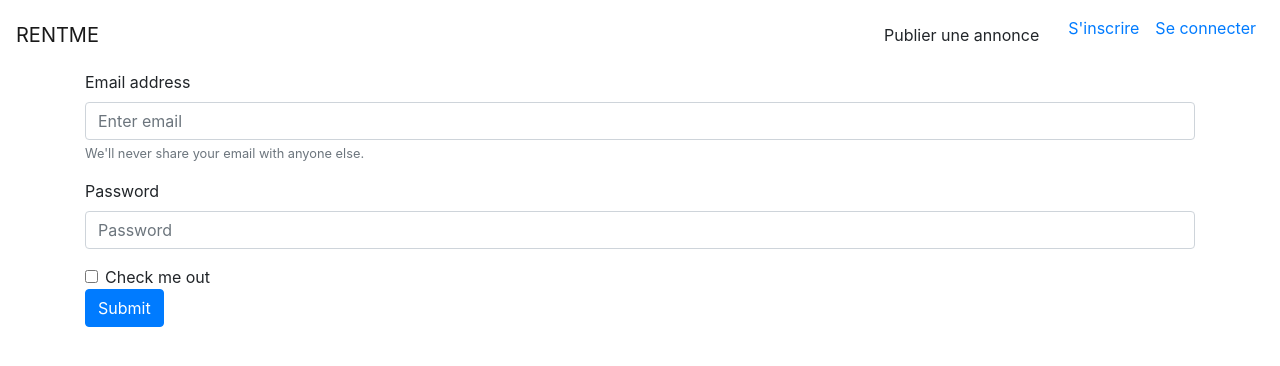
Repository: johan1412/rentme-front
Page: /login
An editor plug-in stored every save of this project. The page is shown before and after the next save, followed by the edit.
The browser window is 1280 px wide. The pictures show the whole page.
The project was rebuilt for these pictures with package versions that can differ from the ones it lists, and the page was loaded fresh each time. Also part of the build but not shown: vue.config.js, src/components/auth/Register.vue, src/components/Home.vue.

Above is the page before, as saved 2021-12-14 19:09:42.

### src/main.js
import Vue from "vue";
import App from "./App.vue";
import VueRouter from 'vue-router'
import Login from './components/auth/Login.vue'
import Register from './components/auth/Register.vue'

import HomePage from './components/Home.vue'
import { BootstrapVue, IconsPlugin } from 'bootstrap-vue'

// Import Bootstrap an BootstrapVue CSS files (order is important)
import 'bootstrap/dist/css/bootstrap.css'
import 'bootstrap-vue/dist/bootstrap-vue.css'

// Make BootstrapVue available throughout your project
Vue.use(BootstrapVue)
// Optionally install the BootstrapVue icon components plugin
Vue.use(IconsPlugin)

Vue.config.productionTip = false;

Vue.use(VueRouter)


const routes = [
  { path: '/', component: HomePage },
  { path: '/login', component: Login },
  { path: '/register', component: Register },
]

const router = new VueRouter({
  routes,
  history : true,
  mode : 'history'
})


new Vue({
  render: (h) => h(App),
  router
}).$mount("#app");

### src/App.vue
<template>
  <router-view />
</template>
<script>
export default {
  name: "App"
};
</script>

<style>

</style>

### src/components/auth/Login.vue
<template>
<div>
<nav-bar />
<div class="container m-auto">
  <form>
      <div class="form-group">
        <label for="exampleInputEmail1">Email address</label>
        <input type="email" class="form-control" id="exampleInputEmail1" aria-describedby="emailHelp" placeholder="Enter email">
        <small id="emailHelp" class="form-text text-muted">We'll never share your email with anyone else.</small>
      </div>
      <div class="form-group">
        <label for="exampleInputPassword1">Password</label>
        <input type="password" class="form-control" id="exampleInputPassword1" placeholder="Password">
      </div>
      <div class="form-check">
        <input type="checkbox" class="form-check-input" id="exampleCheck1">
        <label class="form-check-label" for="exampleCheck1">Check me out</label>
      </div>
      <button type="submit" class="btn btn-primary">Submit</button>
  </form>
</div>
  </div>
</template>

<script>
import NavBar from '../layouts/NavBar.vue';
export default {
  name: "Login",
  components: {
    NavBar,
  },

};
</script>

### src/components/layouts/NavBar.vue
<template>
<div>
  <b-navbar toggleable="lg" type="light" variant="white">
    <b-navbar-brand href="#" class="m">RENTME</b-navbar-brand>
    <b-collapse id="nav-collapse" is-nav>
      <b-navbar-nav class="ml-auto">
        <b-nav-item><router-link class="btn btn-default" to="register">Publier une annonce</router-link></b-nav-item>
        <b-nav-item><router-link to="register">S'inscrire</router-link></b-nav-item>
        <b-nav-item><router-link to="login">Se connecter</router-link></b-nav-item>
      </b-navbar-nav>
    </b-collapse>
  </b-navbar>
</div>
</template>
<script>

export default {
  name: "NavBar"
};
</script>

Loaded but not shown: public/index.html (common file)

After the next save:
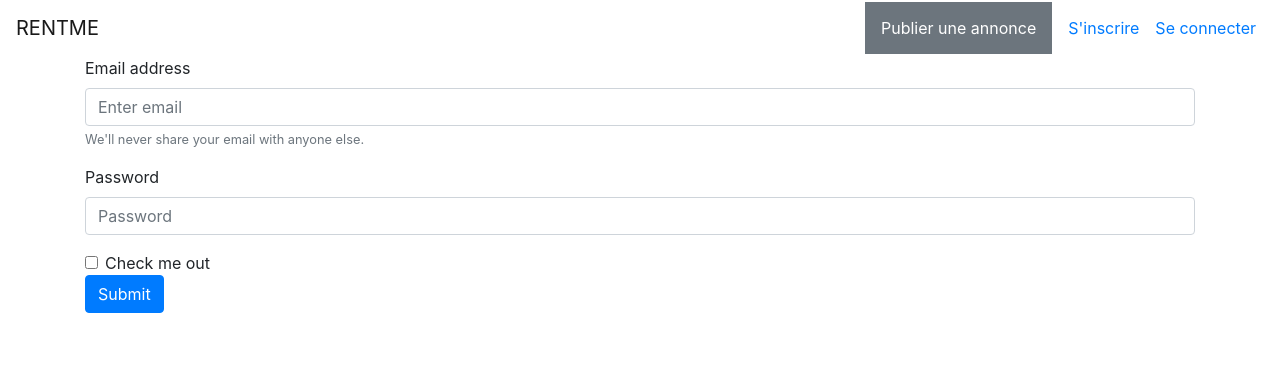
Saved 61 s later.
--- a/src/components/layouts/NavBar.vue
+++ b/src/components/layouts/NavBar.vue
@@ -4,7 +4,7 @@
     <b-navbar-brand href="#" class="m">RENTME</b-navbar-brand>
     <b-collapse id="nav-collapse" is-nav>
       <b-navbar-nav class="ml-auto">
-        <b-nav-item><router-link class="btn btn-default" to="register">Publier une annonce</router-link></b-nav-item>
+        <b-nav-item><router-link class="p-3 mb-2 bg-secondary text-white" to="register">Publier une annonce</router-link></b-nav-item>
         <b-nav-item><router-link to="register">S'inscrire</router-link></b-nav-item>
         <b-nav-item><router-link to="login">Se connecter</router-link></b-nav-item>
       </b-navbar-nav>
